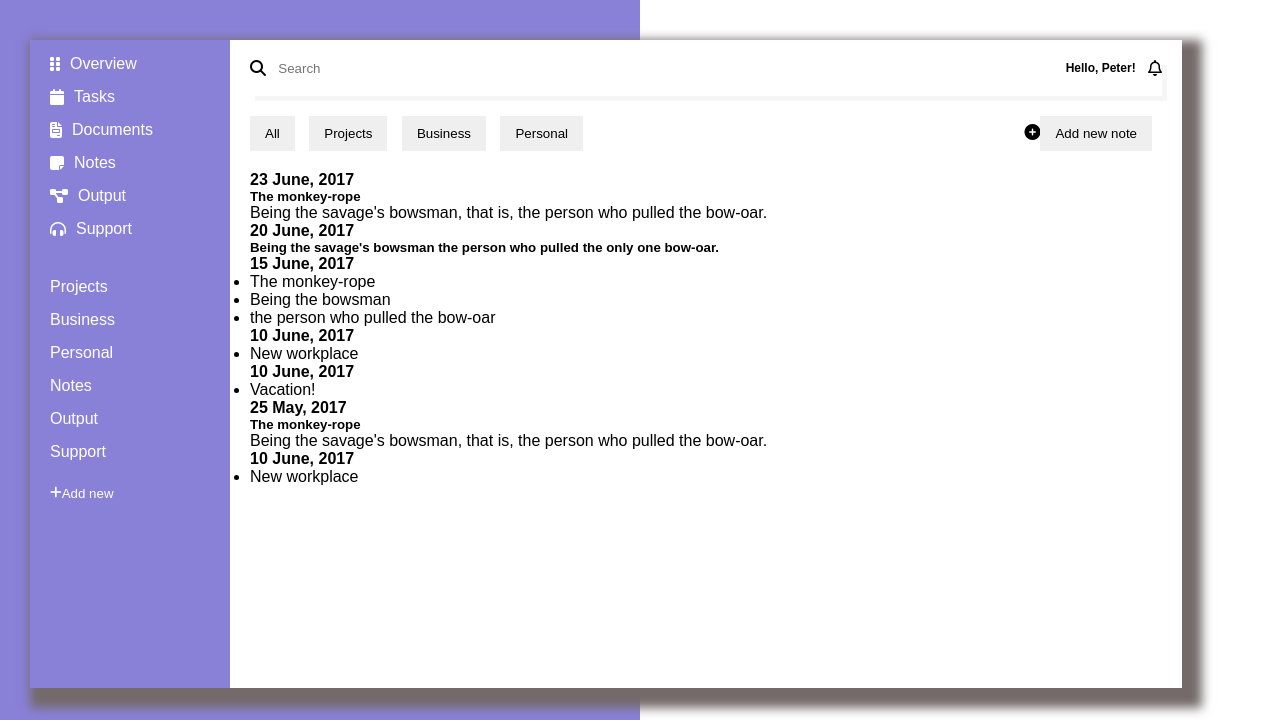
Repository: SatenikGabrielyan/HTML_CSS-_Assignment
Page: index.html
The author's editor kept a copy of each file at every save. The page is drawn from the files as they stood at one save, then again after the next save.
The browser window is 1280 px wide. The pictures show the whole page.
Some web libraries are served in a nearby version.

Above is the page before, as saved 2025-03-18 00:38:54.

After the next save:
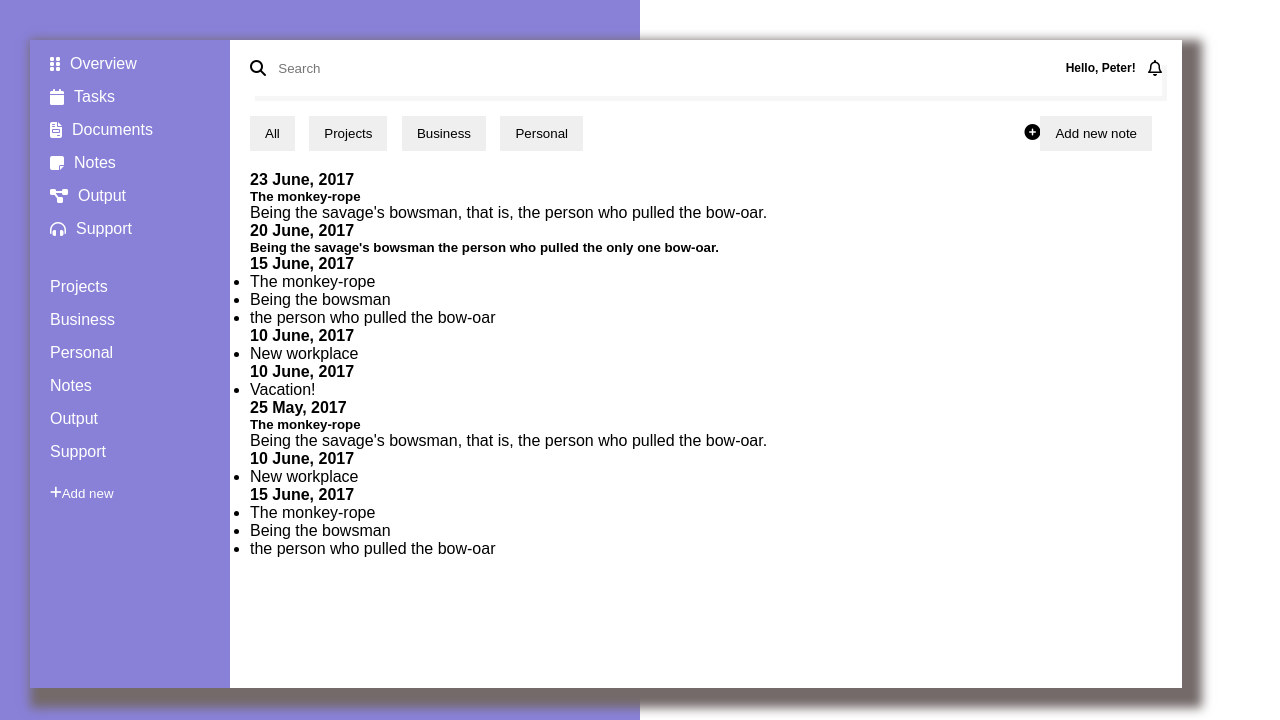
Saved 28 s later.
--- a/index.html
+++ b/index.html
@@ -130,6 +130,14 @@
                     <li>New workplace</li>
                 </ul>
             </div>
+            <div class="card">
+                <h4>15 June, 2017</h4>
+                <ul>
+                <li>The monkey-rope</li>
+                <li>Being the bowsman</li>
+                <li>the person who pulled the bow-oar</li>
+            </ul>
+            </div>
         </div>
     </div>
     </main>
